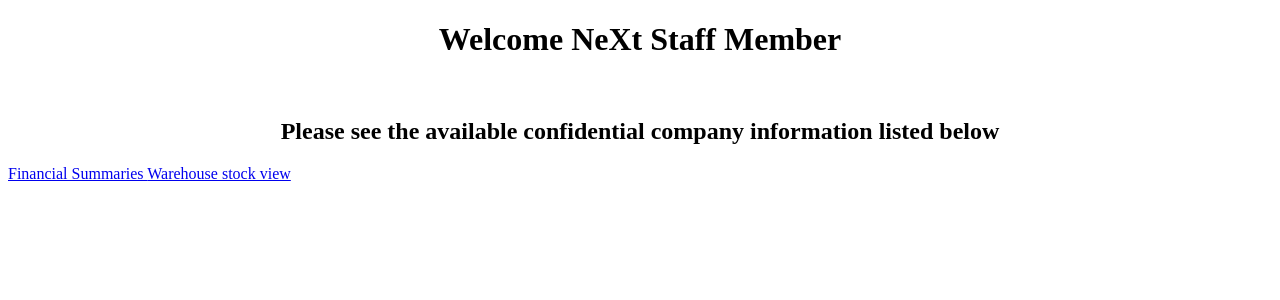
Repository: rstevenson6/304Project
Page: http://localhost/GroupProject/Admin.jsp
The author's editor kept a copy of each file at every save. The page is drawn from the files as they stood at one save, then again after the next save.
The browser window is 1280 px wide. The pictures show the whole page.
The page is served by Tomcat 9. Other server files are loaded and not shown.

Above is the page before, as saved 2016-11-28 06:11:01.

### GroupProject/WebContent/Admin.jsp
<%@ page language="java" contentType="text/html; charset=ISO-8859-1"
    pageEncoding="ISO-8859-1"%>
<!DOCTYPE html PUBLIC "-//W3C//DTD HTML 4.01 Transitional//EN" "http://www.w3.org/TR/html4/loose.dtd">
<html>
<head>
<meta http-equiv="Content-Type" content="text/html; charset=ISO-8859-1">
<title>Insert title here</title>
</head>
<body>
<h1 align="center"> Welcome NeXt Staff Member</h1> </br>
<h2 align="center"> Please see the available confidential company information listed below</h2>
<a href=\"addcart.jsp\" align="center"> Financial Summaries </a>
<a href=\"prodInfo.jsp\"> Warehouse stock view </a>


</body>
</html>

After the next save:
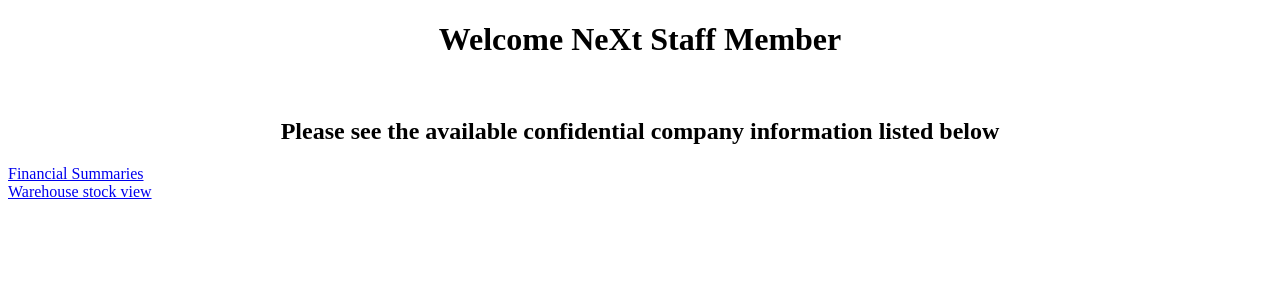
Saved 36 s later.
--- a/GroupProject/WebContent/Admin.jsp
+++ b/GroupProject/WebContent/Admin.jsp
@@ -9,7 +9,7 @@
 <body>
 <h1 align="center"> Welcome NeXt Staff Member</h1> </br>
 <h2 align="center"> Please see the available confidential company information listed below</h2>
-<a href=\"addcart.jsp\" align="center"> Financial Summaries </a>
+<a href= addcart.jsp align="center"> Financial Summaries </a></br>
 <a href=\"prodInfo.jsp\"> Warehouse stock view </a>
 
 
